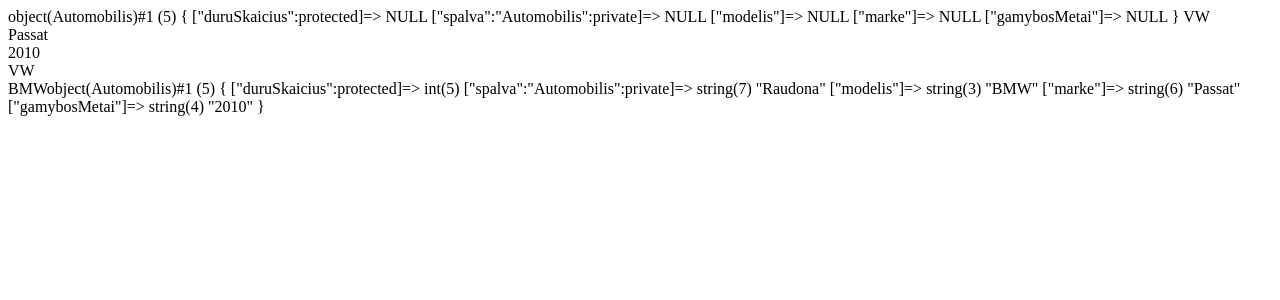
Repository: motiejus1/11-paskaita-PHP-05.31
Page: http://localhost/
These files come from the project's save history. The page is drawn as it stood at one moment and after a run of saves; the edit follows.
The browser window is 1280 px wide. The pictures show the whole page.
The page is run by PHP 8.4 with error messages shown; the project is at /var/www/html/.

Above is the page before, as saved 2021-08-09 19:04:47.

### index.php
<!DOCTYPE html>
<html lang="en">
<head>
    <meta charset="UTF-8">
    <meta http-equiv="X-UA-Compatible" content="IE=edge">
    <meta name="viewport" content="width=device-width, initial-scale=1.0">
    <title>11 paskaita</title>
</head>
<body>
    <?php
    //Klases ir objektai

    // Objektas - paimam ir susikuriam, t.y. pats objektas neturejo sablono
    //PHP sukurtume objekta, visu pirma objektas turi tureti savo sablona. Klase

    //Klase - yra objekto sablonas, pagal kurio duomenis yra kuriamas objektas
    //Objektas - tai yra tam tikras kintamuju ir metodu(vidiniu objekto funkciju rinkinys)

    // Automobilio objekta
    class Automobilis {
        //Modeli
        //Marke
        //Gamybos metus

        //Access modifier
        //public - kai bus sukurtas objektas, tas kintamas arba metodas bus pasiekiamas uz objekto/klases ribu
        //private - kintamasis arba metodas gali buti naudojamas tik pacioje klaseje
        //protected - kintamasis arba metodas gali buti naudojamas pacioje klaseje ir jos vaikinese klasese
        protected $duruSkaicius;
        private $spalva;
        public $modelis;
        public $marke;
        public $gamybosMetai;

        //Metodai(vidines funkcijos)
        function nustatome_kintamuosius($a, $b, $c) {
            $this->modelis = $a;
            $this->marke = $b;
            $this->gamybosMetai = $c;
            $this->spalva = "Raudona";
            $this->duruSkaicius = 5;
        }
    }


    //$automobilis - yra objektas
    $automobilis = new Automobilis();
    //Objekta galime isivesti su var_dump komanda
    var_dump($automobilis);

    $automobilis->nustatome_kintamuosius("VW", "Passat", "2010");


    //O kaip pavyzdiui isivesti tik automobilio modeli?
    echo $automobilis->modelis;
    echo "<br>";
    echo $automobilis->marke;
    echo "<br>";
    echo $automobilis->gamybosMetai;
    echo "<br>";

    //Su private tipo kintamaisias neveikia!!!!!!!!!
    // $automobilis->spalva = "Melyna";
    // echo $automobilis->spalva;//ERROR
    // echo "<br>";

    //ar as galiu padaryti taip?
    $naujasKintamasis = $automobilis->modelis;
    echo $naujasKintamasis;

    $automobilis->modelis = "BMW";
    echo "<br>";
    echo $automobilis->modelis;

    var_dump($automobilis);
    ?>
</body>
</html>

After the next 2 saves:
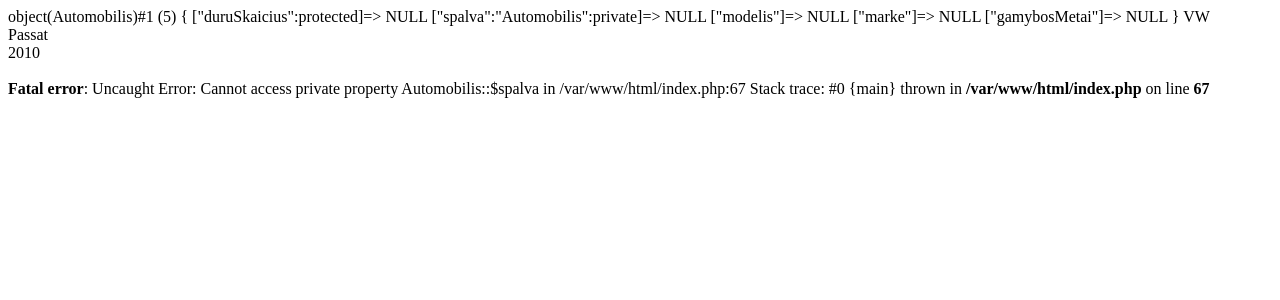
The 2 saves are shown as one change because they came seconds apart.
The last was saved 10 s later.
--- a/index.php
+++ b/index.php
@@ -64,6 +64,10 @@
     // echo $automobilis->spalva;//ERROR
     // echo "<br>";
 
+    $automobilis->spalva = "Melyna";
+    echo $automobilis->spalva;//ERROR
+    echo "<br>";
+
     //ar as galiu padaryti taip?
     $naujasKintamasis = $automobilis->modelis;
     echo $naujasKintamasis;
